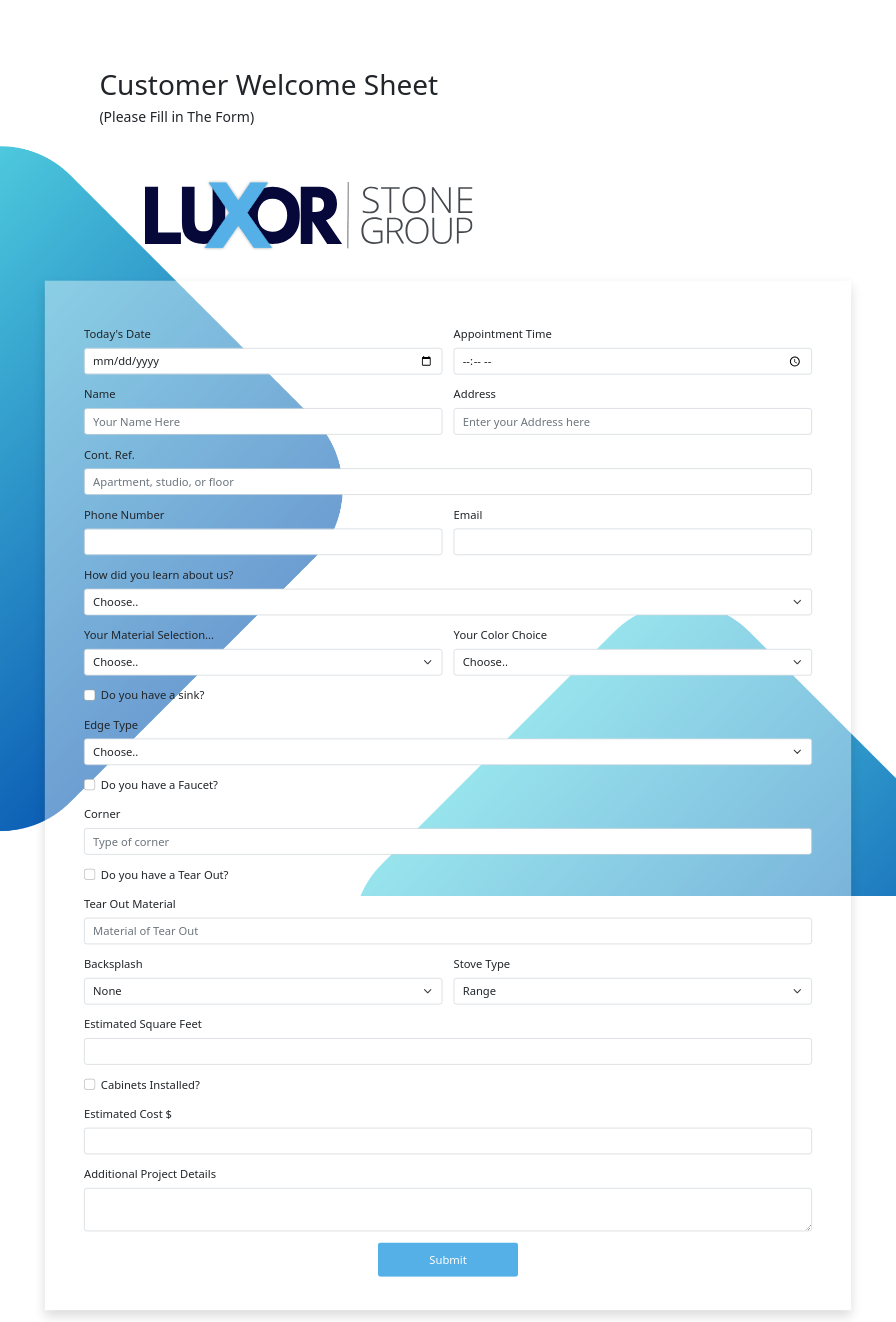
Repository: aya7abbal/Luxor-Customer-Form
Page: index.html
The author's editor kept a copy of each file at every save. The page is drawn from the files as they stood at one save, then again after the next save.
The browser window is 1280 px wide. The pictures show the whole page, at 70% of full size.
The style sheet was rebuilt from its Sass, Less or Tailwind sources for each picture, by a compiler version that may differ from the author's.

Above is the page before, as saved 2023-10-20 12:32:52.

### index.html
<!DOCTYPE html>
<html lang="en">
  <head>
    <meta charset="UTF-8" />
    <meta http-equiv="X-UA-Compatible" content="IE=edge" />
    <link
      href="https://cdn.jsdelivr.net/npm/bootstrap@5.0.2/dist/css/bootstrap.min.css"
      rel="stylesheet"
      integrity="sha384-EVSTQN3/azprG1Anm3QDgpJLIm9Nao0Yz1ztcQTwFspd3yD65VohhpuuCOmLASjC"
      crossorigin="anonymous"
    />
    <link rel="stylesheet" href="./Styles/styles.css" />
    <meta name="viewport" content="width=device-width, initial-scale=1.0" />
    <script src="./script.js"></script>

    <title>Document</title>
  </head>
  <body class="p-3">
    <div class="container">
      <div class="row py-4 py-lg-6">
        <div
          class="col-lg-12 order-lg-2 d-flex align-items-center justify-content-center ms-lg-n6"
        >
          <div
            style="z-index: 1"
            class="lc-block col-7 col-lg-10 mb-n3 mb-lg-0"
          >
            <img
              class="img-fluid p-3 m-3"
              src="./Images/logo.svg"
              alt="Luxor Stone Group Logo"
              width="500px"
            />
          </div>
          <!-- /lc-block -->
        </div>
        <!-- /col -->
        <div class="= col-12 px-lg-7 p-4">
          <div class="ms-lg-5">
            <div class="lc-block mb-2">
              <div editable="rich">
                <h1 class="rfs-30">Customer Welcome Sheet</h1>
              </div>
            </div>
            <div class="lc-block">
              <div editable="rich">
                <p class="lead">(Please Fill in The Form)</p>
              </div>
            </div>
            <!-- /lc-block -->
          </div>
        </div>
        <!-- /col -->
      </div>
    </div>

    <form class="row g-3 shadow p-5  mx-1 mx-md-3 mx-lg-5 ">
      <!-- Date -->
      <div class="col-md-6 col-12">
        <label for="date" class="form-label">Today's Date</label>
        <input type="date" class="form-control" id="date" />
      </div>
      <!-- Time -->
      <div class="col-md-6 col-12">
        <label for="aptTime" class="form-label">Appointment Time</label>
        <input type="time" class="form-control" id="aptTime" />
      </div>
      <!-- Name -->
      <div class="col-12 col-md-6 ">
        <label for="name" class="form-label">Name</label>
        <input
          type="text"
          class="form-control"
          id="name"
          placeholder="Your Name Here"
        />
      </div>
      <!-- Address -->
      <div class="col-12 col-md-6 ">
        <label for="address" class="form-label">Address</label>
        <input
          type="text"
          class="form-control"
          id="address"
          placeholder="Enter your Address here"
        />
      </div>
      <!-- Cont. Ref. -->
      <div class="col-12">
        <label for="contRef" class="form-label">Cont. Ref.</label>
        <input
          type="text"
          class="form-control"
          id="contRef"
          placeholder="Apartment, studio, or floor"
        />
      </div>
      <!-- Phone Number -->
      <div class="col-md-6 col-12">
        <label for="mobile" class="form-label">Phone Number</label>
        <input type="number" class="form-control" id="mobile" />
    </div>
      <!-- Email -->
      <div class="col-md-6 col-12">
        <label for="email" class="form-label">Email</label>
        <input type="email" class="form-control" id="email" />
      </div>
      <!-- Learn
    how -->
      <div class="col-12">
        <label for="learnHow" class="form-label"
          >How did you learn about us?</label
        >
        <select id="learnHow" class="form-select">
          <option selected>Choose..</option>
          <option>answer 2</option>
        </select>
      </div>
      <!-- Material Selection -->
      <div class="col-md-6">
        <label for="material" class="form-label"
          >Your Material Selection...</label
        >
        <select id="material" class="form-select">
          <option selected>Choose..</option>
          <option>answer 2</option>
        </select>
      </div>
      <!-- Color Choice -->
      <div class="col-md-6">
        <label for="color" class="form-label"> Your Color Choice</label>
        <select id="color" class="form-select">
          <option selected>Choose..</option>
          <option>answer 2</option>
        </select>
      </div>
      <!-- Sink Check -->
      <div class="col-12">
        <div class="form-check">
          <label class="form-check-label" for="sinkCheck">
            Do you have a sink?</label
          >
          <input class="form-check-input" type="checkbox" id="sinkCheck" />
        </div>
      </div>
      <!-- Edge Type -->
      <div class="col-12">
        <label for="edge" class="form-label"> Edge Type</label>
        <select id="edge" class="form-select">
          <option selected>Choose..</option>
          <option>answer 2</option>
        </select>
      </div>
      <!-- Faucet Check -->
      <div class="col-12">
        <div class="form-check">
          <label class="form-check-label" for="sinkCheck">
            Do you have a Faucet?</label
          >
          <input class="form-check-input" type="checkbox" id="sinkCheck" />
        </div>
      </div>
      <!-- Corner -->
      <div class="col-12">
        <label for="corner" class="form-label">Corner</label>
        <input
          type="text"
          class="form-control"
          id="corner"
          placeholder="Type of corner"
        />
      </div>

      <!-- Tear Out Check -->
      <div class="col-12">
        <div class="form-check">
          <label class="form-check-label" for="tearCheck">
            Do you have a Tear Out?</label
          >
          <input class="form-check-input" type="checkbox" id="tearCheck" />
        </div>
      </div>

      <!-- Tear Out Type -->
      <div class="col-12">
        <label for="tearMaterial" class="form-label">Tear Out Material</label>
        <input
          type="text"
          class="form-control"
          id="tearMaterial"
          placeholder="Material of Tear Out"
        />
      </div>

      <!-- Backsplash-->
      <div class="col-md-6 col-12">
        <label for="backsplash" class="form-label"> Backsplash</label>
        <select id="backsplash" class="form-select">
          <option selected>None</option>
          <option>4"</option>
          <option>6"</option>
          <option>Full</option>
        </select>
      </div>
      <!-- Stove Type -->
      <div class="col-md-6 col-12">
        <label for="stoveType" class="form-label"> Stove Type</label>
        <select id="stoveType" class="form-select">
          <option selected>Range</option>
          <option>Cook Top</option>
        </select>
      </div>
      <!--Area-->
      <div class="col-12">
        <label for="area" class="form-label">Estimated Square Feet</label>
        <input type="number" class="form-control" id="area" />
      </div>
      <!-- Tear Out Check -->
      <div class="col-12">
        <div class="form-check">
          <label class="form-check-label" for="cabinets">
            Cabinets Installed?</label
          >
          <input class="form-check-input" type="checkbox" id="cabinets" />
        </div>
      </div>
      <!--Cost-->
      <div class="col-12">
        <label for="price" class="form-label">Estimated Cost $</label>
        <input type="number" class="form-control" id="price" />
      </div>
      <!-- Additional Details -->
      <div class="col-12">
        <label for="details" class="form-label"
          >Additional Project Details</label
        >
        <textarea class="form-control" aria-label="With textarea"></textarea>
      </div>

      <!-- Submit Button -->
      <div class="col-12 d-flex justify-content-center">
        <button type="submit" class="btn btn-submit">Submit</button>
      </div>
      <!-- /lc-block -->
    </form>
  </body>
</html>

### Styles/styles.scss
.btn-submit {
    width: 200px;
    padding: .7rem;
    background-color: #55b0e8;
    color: white
    ;

}

body{
    margin-top: 2rem;
    background-image: url(../Images/design3.png);
    background-size:contain;
    background-repeat: no-repeat;


}
form{
    background-color:rgba($color: #FFF, $alpha: 0.4);

}

Loaded but not shown: script.js (no stored copy; drawn as an empty file)

After the next save:
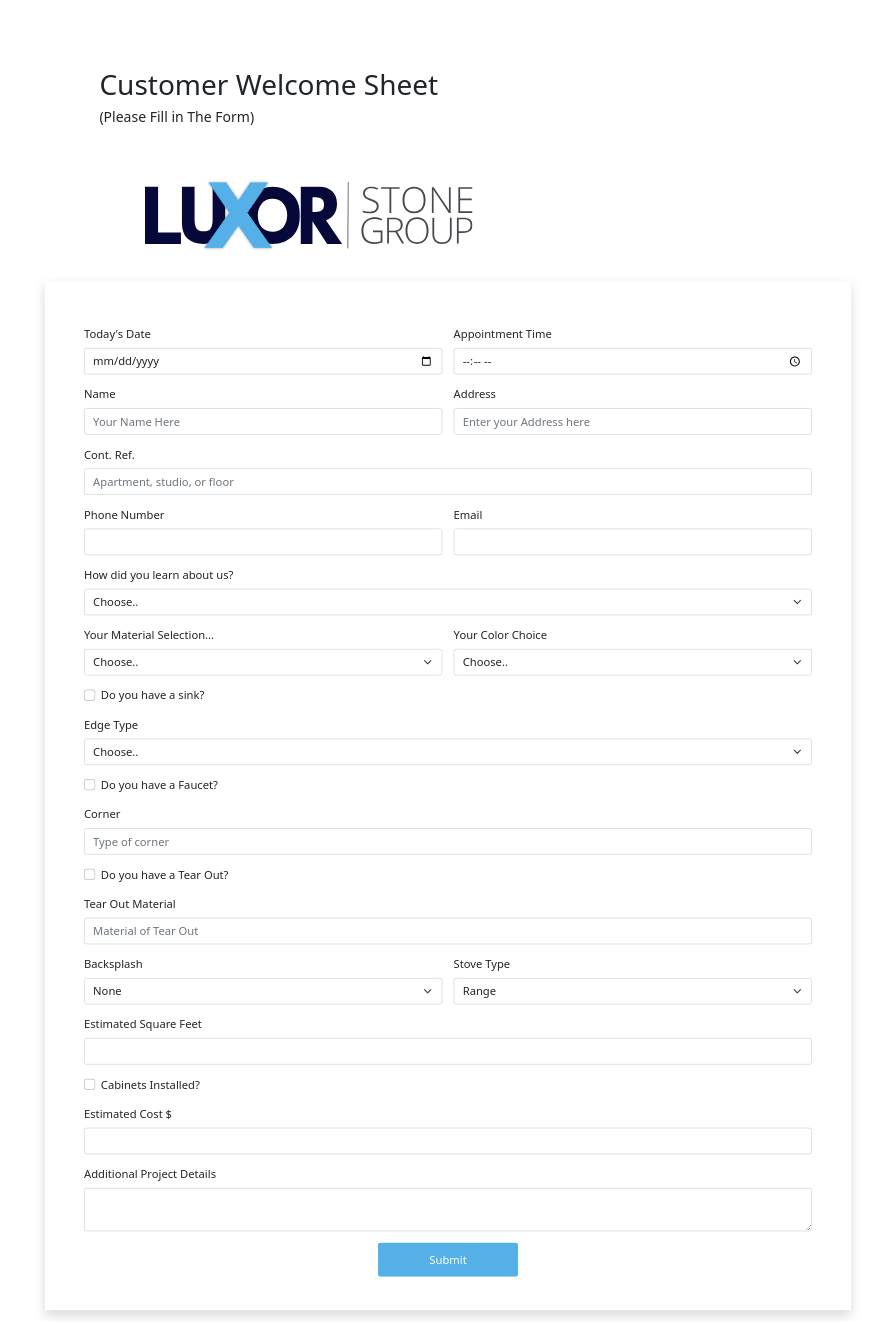
Not found: Images/design4.png
Saved 9 min 27 s later.
--- a/Styles/styles.scss
+++ b/Styles/styles.scss
@@ -9,7 +9,7 @@
 
 body{
     margin-top: 2rem;
-    background-image: url(../Images/design3.png);
+    background-image: url(../Images/design4.png);
     background-size:contain;
     background-repeat: no-repeat;
 

After the save that followed:
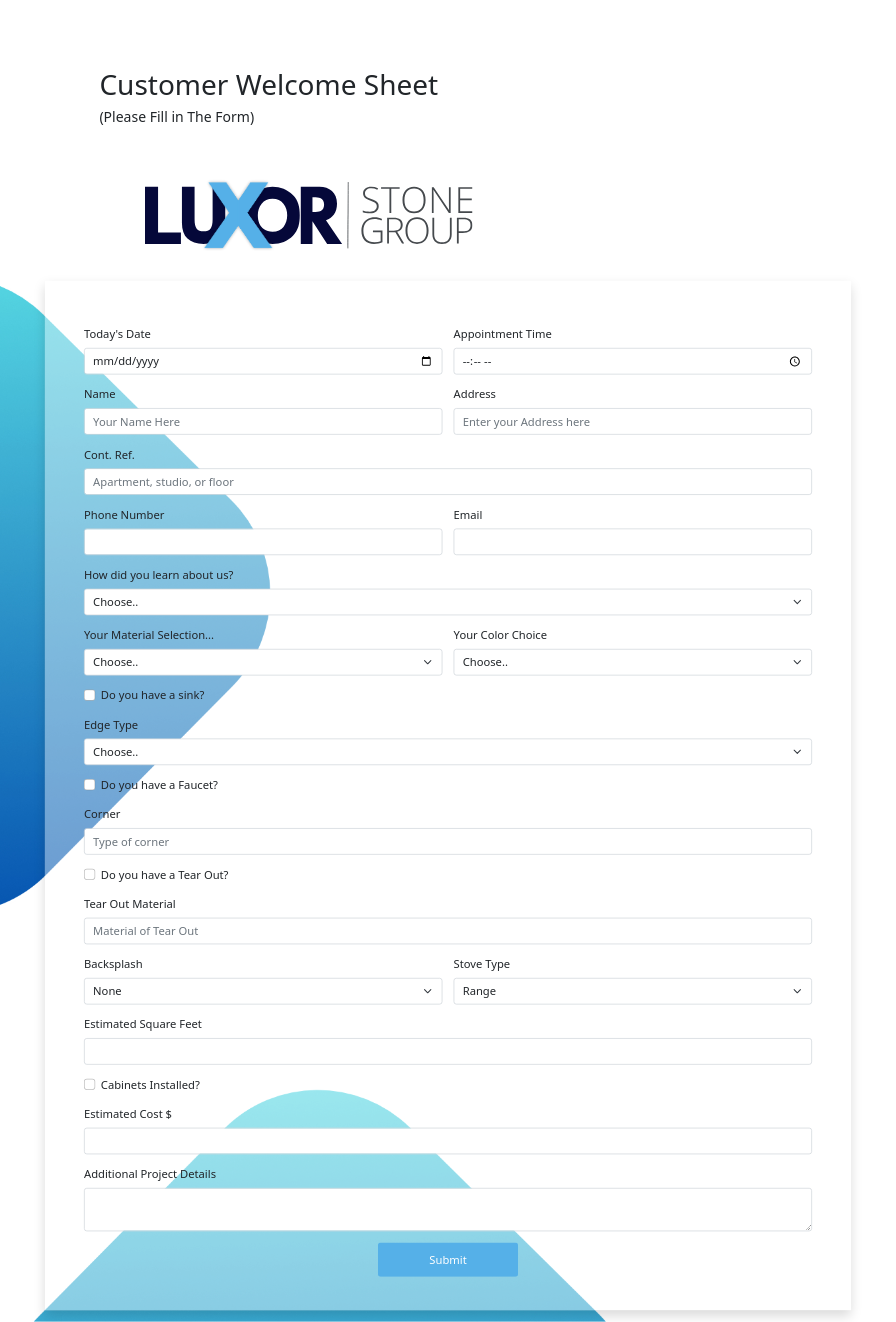
Saved 22 s later.
--- a/Styles/styles.scss
+++ b/Styles/styles.scss
@@ -9,7 +9,7 @@
 
 body{
     margin-top: 2rem;
-    background-image: url(../Images/design4.png);
+    background-image: url(../Images/design4.jpg);
     background-size:contain;
     background-repeat: no-repeat;
 
